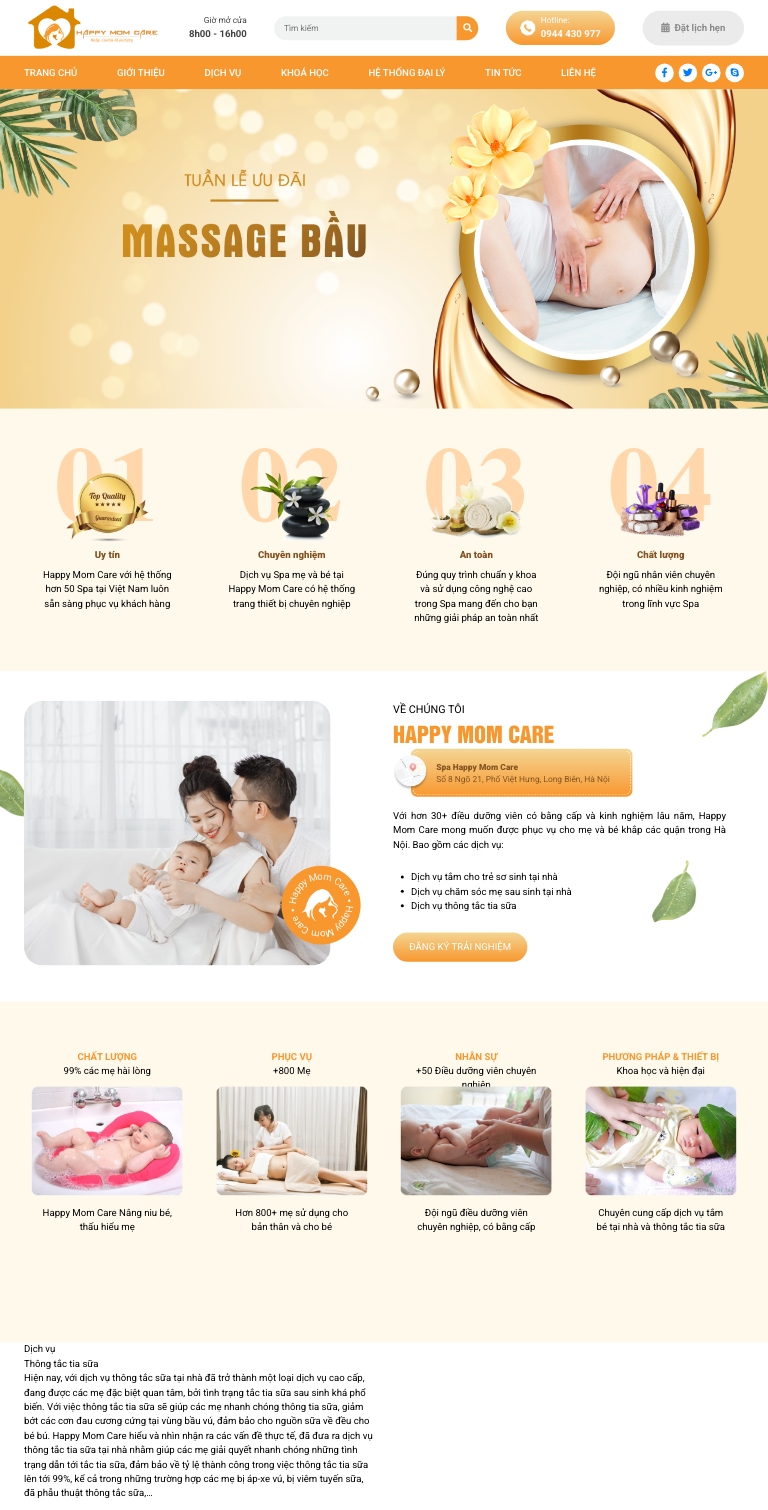
Repository: haianh12082001/happymom
Page: index.html
The author's editor kept a copy of each file at every save. The page is drawn from the files as they stood at one save, then again after the next save.
The browser window is 1280 px wide. The pictures show the whole page, at 60% of full size.
Some web libraries are served in a nearby version. The style sheet was rebuilt from its Sass, Less or Tailwind sources for each picture, by a compiler version that may differ from the author's.

Above is the page before, as saved 2021-11-16 09:02:38.

After the next save:
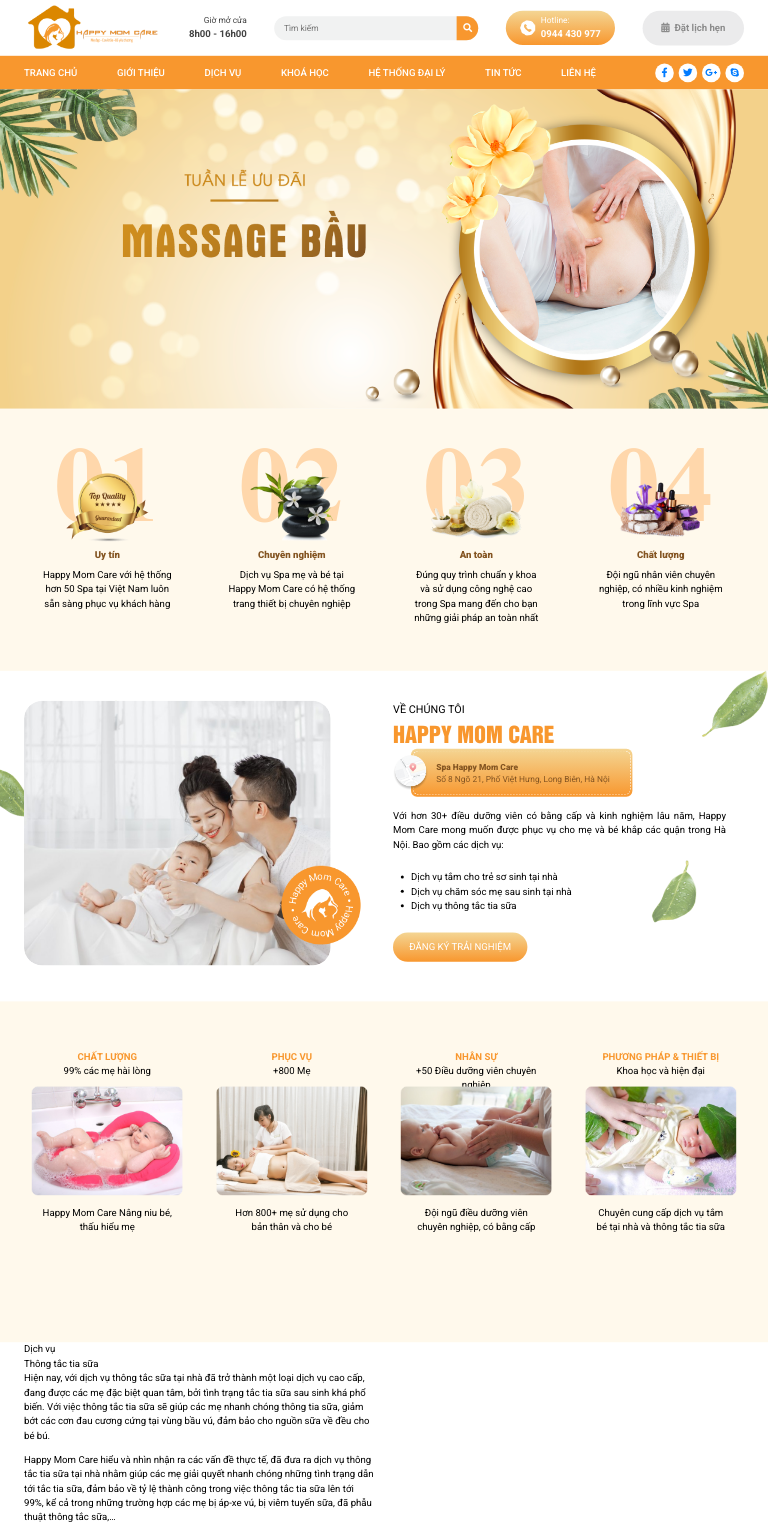
Saved 13 s later.
--- a/index.html
+++ b/index.html
@@ -257,10 +257,12 @@
                         <p>
                             Hiện nay, với dịch vụ thông tắc sữa tại nhà đã trở thành một loại dịch vụ cao cấp, đang được các mẹ đặc biệt quan tâm, bởi tình
                             trạng tắc tia sữa sau sinh khá phổ biến. Với việc thông tắc tia sữa sẽ giúp các mẹ nhanh chóng thông tia sữa, giảm bớt các cơn đau
-                            cương cứng tại vùng bầu vú, đảm bảo cho nguồn sữa về đều cho bé bú. Happy Mom Care hiểu và nhìn nhận ra các vấn đề thực tế, đã đưa
-                            ra dịch vụ thông tắc tia sữa tại nhà nhằm giúp các mẹ giải quyết nhanh chóng những tình trạng dẫn tới tắc tia sữa, đảm bảo về tỷ lệ
-                            thành công trong việc thông tắc tia sữa lên tới 99%, kể cả trong những trường hợp các mẹ bị áp-xe vú, bị viêm tuyến sữa, đã phẫu
-                            thuật thông tắc sữa,…
+                            cương cứng tại vùng bầu vú, đảm bảo cho nguồn sữa về đều cho bé bú.
+                        </p>
+                        <p>
+                            Happy Mom Care hiểu và nhìn nhận ra các vấn đề thực tế, đã đưa ra dịch vụ thông tắc tia sữa tại nhà nhằm giúp các mẹ giải quyết
+                            nhanh chóng những tình trạng dẫn tới tắc tia sữa, đảm bảo về tỷ lệ thành công trong việc thông tắc tia sữa lên tới 99%, kể cả trong
+                            những trường hợp các mẹ bị áp-xe vú, bị viêm tuyến sữa, đã phẫu thuật thông tắc sữa,…
                         </p>
                     </div>
                 </div>
